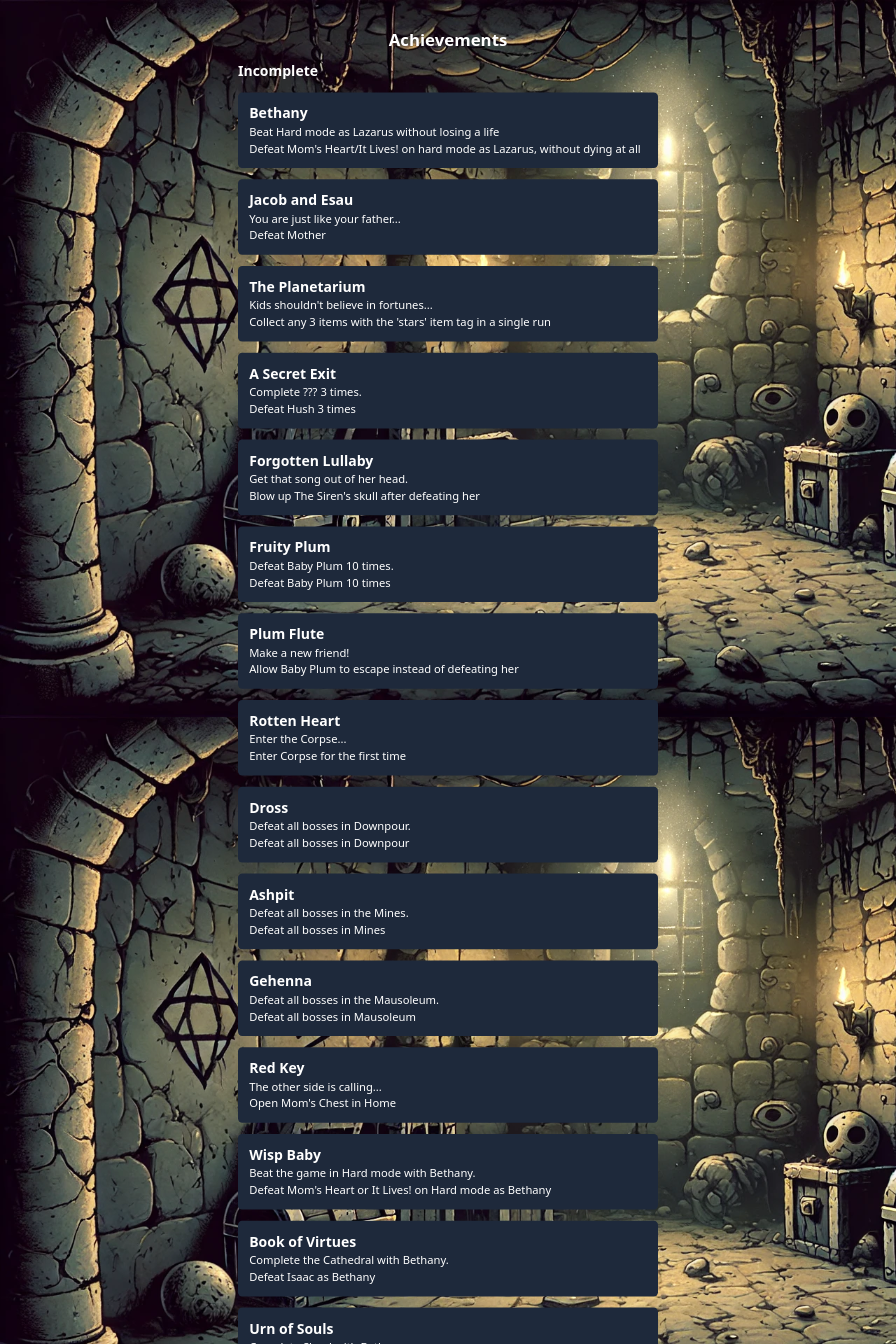
Repository: x9751/binding_of_issac_achivment_checklist
Page: /
These files come from the project's save history. The page is drawn as it stood at one moment and after the next save; the edit follows.
The browser window is 1280 px wide. The pictures show the part of the page from y = 0 to 1920 px (the page is 86392 px tall), at 70% of full size.
The project was rebuilt for these pictures with package versions that can differ from the ones it lists, and the page was loaded fresh each time. Also part of the build but not shown: vite.config.ts.

Above is the page before, as saved 2024-07-22 22:50:17.

### index.html
<!doctype html>
<html lang="en">
  <head>
    <meta charset="UTF-8" />
    <link rel="icon" type="image/png" href="/fcb1e0e6a0485fbe027cd4ce0bdb979a.png" />
    <meta name="viewport" content="width=device-width, initial-scale=1.0" />
    <title>Vite + Preact + TS</title>
  </head>
  <body>
    <div id="app"></div>
    <script type="module" src="/src/main.tsx"></script>
  </body>
</html>

### src/app.tsx
type Achievement = {
	Name: string;
	Description: string;
	Unlock: string;
	index: number;
  completed?: boolean;
};
import { useState } from "preact/hooks";
import achievements from "./assets/binding_of_issac_achivments.json";



export function App() {
  const [incompleteOpen, setIncompleteOpen] = useState(true);
  const [completedOpen, setCompletedOpen] = useState(true);
  const [incompleteAchievements, setIncompleteAchievements] = useState<Achievement[]>(achievements);
  const [completedAchievements, setCompletedAchievements] = useState<Achievement[]>([]);



	return (
		<main className="bg-slate-900 text-white min-h-screen flex flex-col bg-[url('/background.webp')] bg-scroll">
			<div className="container mx-auto px-4 sm:px-6 lg:px-8">
				<div className="flex items-center justify-center mt-10">
					<h1 className="text-2xl font-bold">Achievements</h1>
				</div>
        <div className="flex flex-col gap-4 mt-4 max-w-[600px] mx-auto ">
          <h2 className="text-xl font-bold">Incomplete</h2>
        </div>
				<div className="flex flex-col gap-4 mt-4 max-w-[600px] mx-auto">
					{incompleteOpen && incompleteAchievements.map((achievement: Achievement) => (
						<div
							key={achievement.index}
							className="bg-slate-800 p-4 rounded-md"
						>
							<h2 className="text-xl font-bold">{achievement.Name}</h2>
							<p>{achievement.Description}</p>
							<p>{achievement.Unlock}</p>
						</div>
					))}
				</div>
        <div className="flex flex-col gap-4 mt-4 max-w-[600px] mx-auto ">
          <h2 className="text-xl font-bold">Completed</h2>
        </div>
				<div className="flex flex-col gap-4 mt-4 max-w-[600px] mx-auto ">
					{completedOpen && completedAchievements.map((achievement: Achievement) => (
						<div
							key={achievement.index}
							className="bg-slate-800 p-4 rounded-md"
						>
							<h2 className="text-xl font-bold">{achievement.Name}</h2>
						</div>
					))}
				</div>
			</div>
		</main>
	);
}

Loaded but not shown: src/main.tsx (common file); src/index.css (common file); tailwind.config.js (common file); src/assets/binding_of_issac_achivments.json (4190 lines, source omitted)

After the next save:
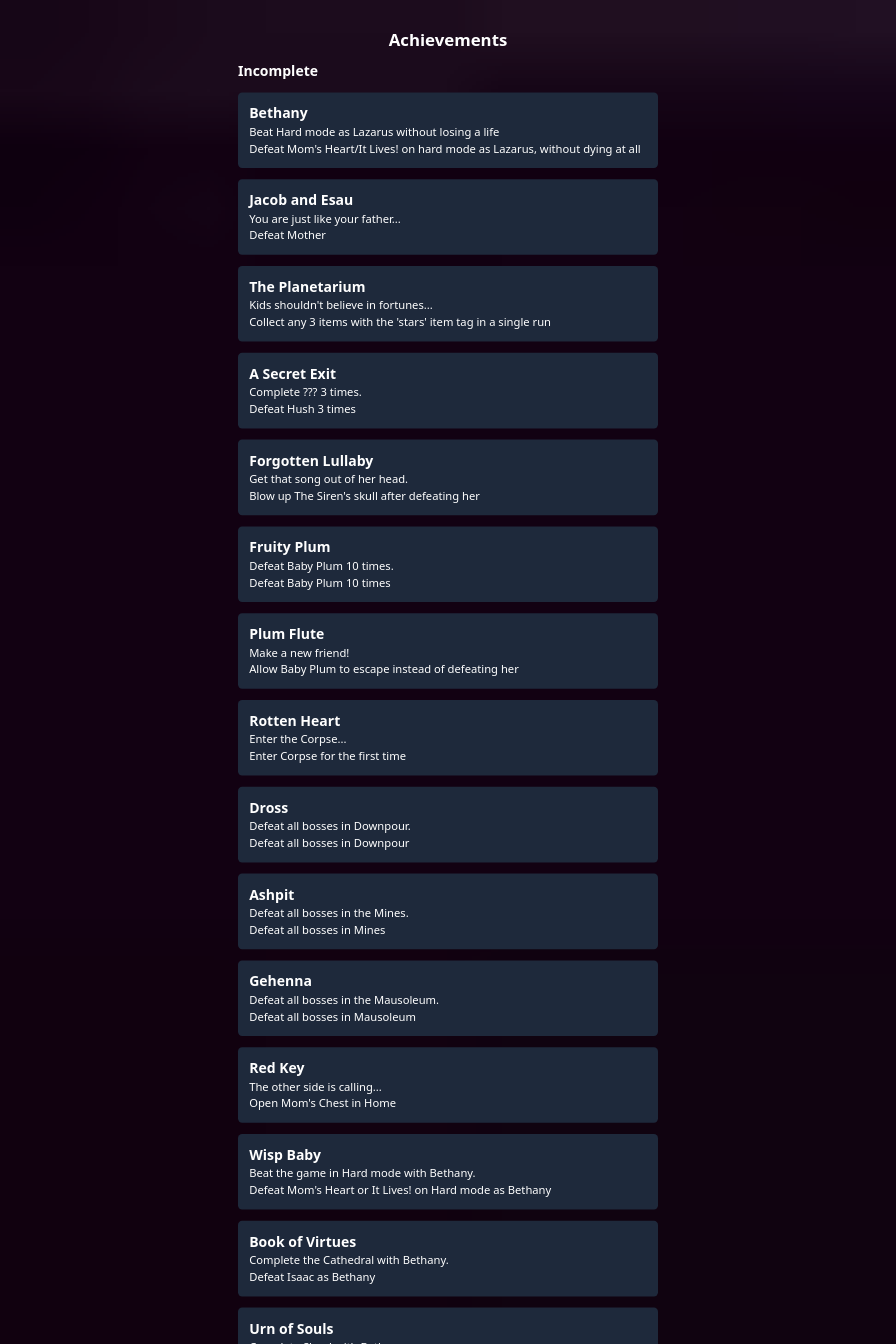
Saved 6 s later.
--- a/src/app.tsx
+++ b/src/app.tsx
@@ -19,7 +19,7 @@
 
 
 	return (
-		<main className="bg-slate-900 text-white min-h-screen flex flex-col bg-[url('/background.webp')] bg-scroll">
+		<main className="bg-slate-900 text-white min-h-screen flex flex-col bg-[url('/background.webp')] bg-scroll bg-cover">
 			<div className="container mx-auto px-4 sm:px-6 lg:px-8">
 				<div className="flex items-center justify-center mt-10">
 					<h1 className="text-2xl font-bold">Achievements</h1>

After the save that followed:
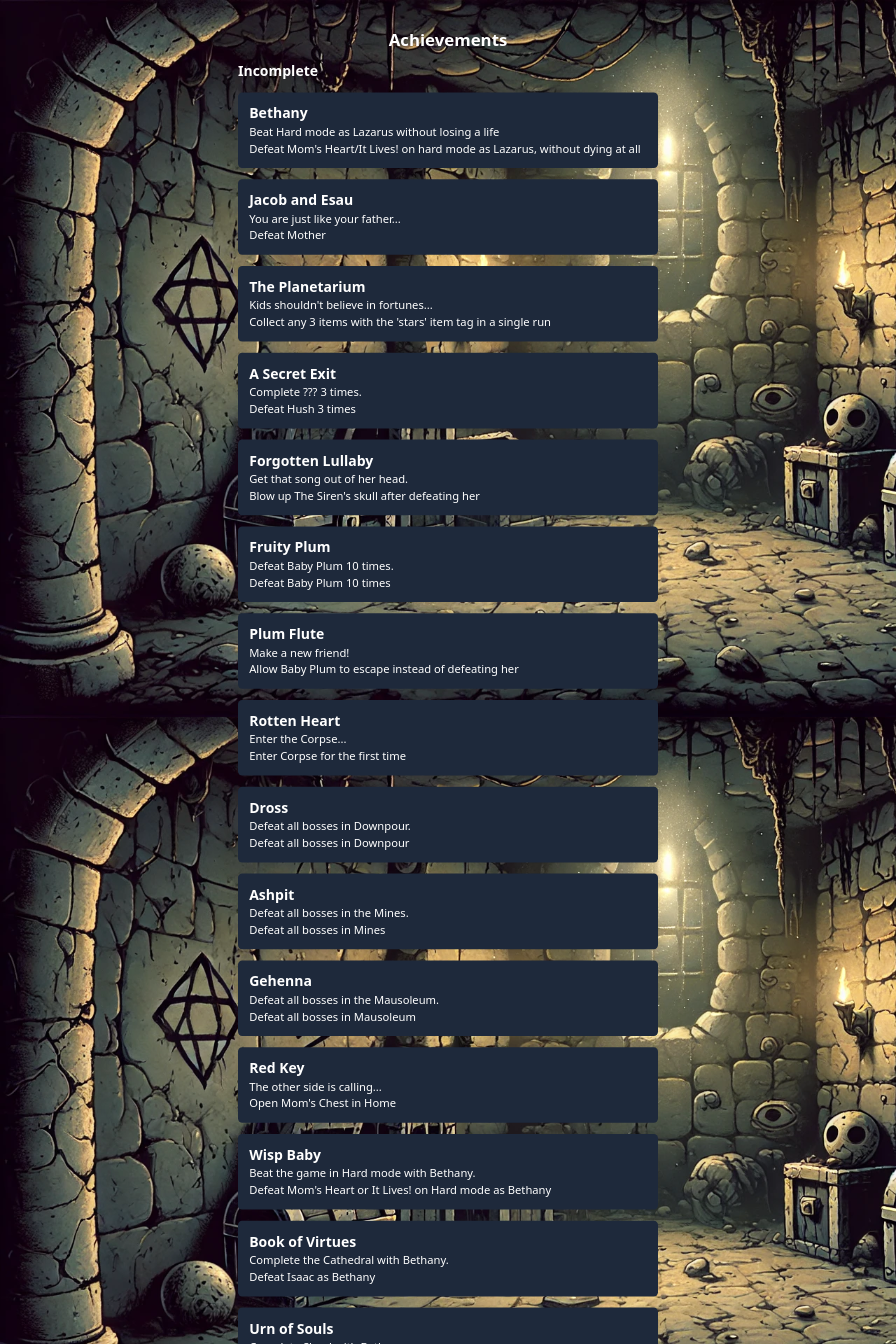
Saved 10 s later.
--- a/src/app.tsx
+++ b/src/app.tsx
@@ -19,7 +19,7 @@
 
 
 	return (
-		<main className="bg-slate-900 text-white min-h-screen flex flex-col bg-[url('/background.webp')] bg-scroll bg-cover">
+		<main className="bg-slate-900 text-white min-h-screen flex flex-col bg-[url('/background.webp')] bg-scroll bg-fixed">
 			<div className="container mx-auto px-4 sm:px-6 lg:px-8">
 				<div className="flex items-center justify-center mt-10">
 					<h1 className="text-2xl font-bold">Achievements</h1>
